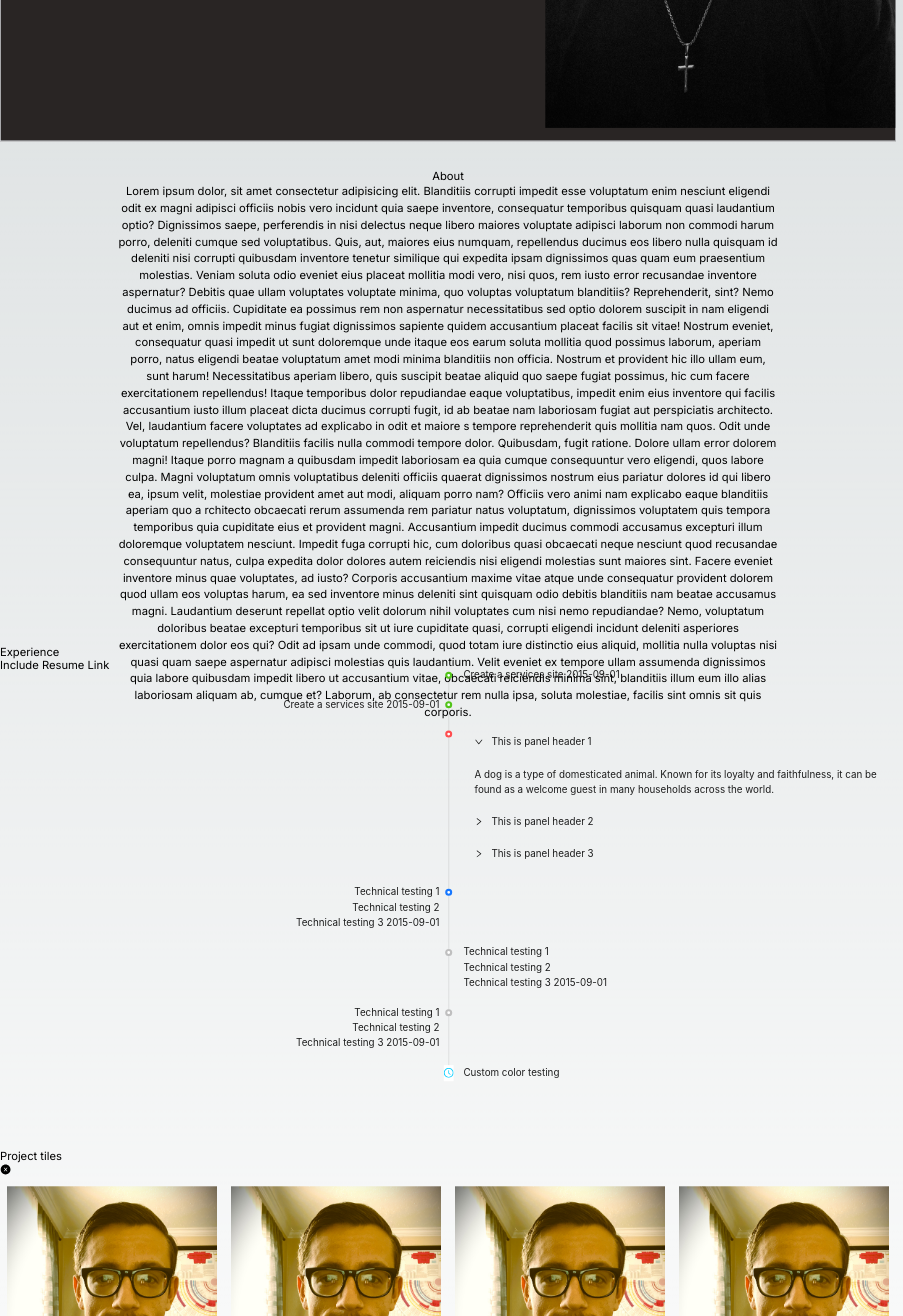
Repository: devkthines/next-portfolio-v2
Page: /
An editor plug-in stored every save of this project. The page is shown before and after the next save, followed by the edit.
The browser window is 1280 px wide. The page is 1290 px wide, so the pictures cover 1290 px, including what lies to the right of the window. The pictures show the part of the page from y = 574 to 2454 px (the page is 2936 px tall), at 70% of full size.
The project was rebuilt for these pictures with package versions that can differ from the ones it lists, and the page was loaded fresh each time. The framework's server and built-in components were replaced by stand-ins that run in the browser. Also part of the build but not shown: next.config.js.

Above is the page before, as saved 2023-09-14 21:43:12.

After the next save:
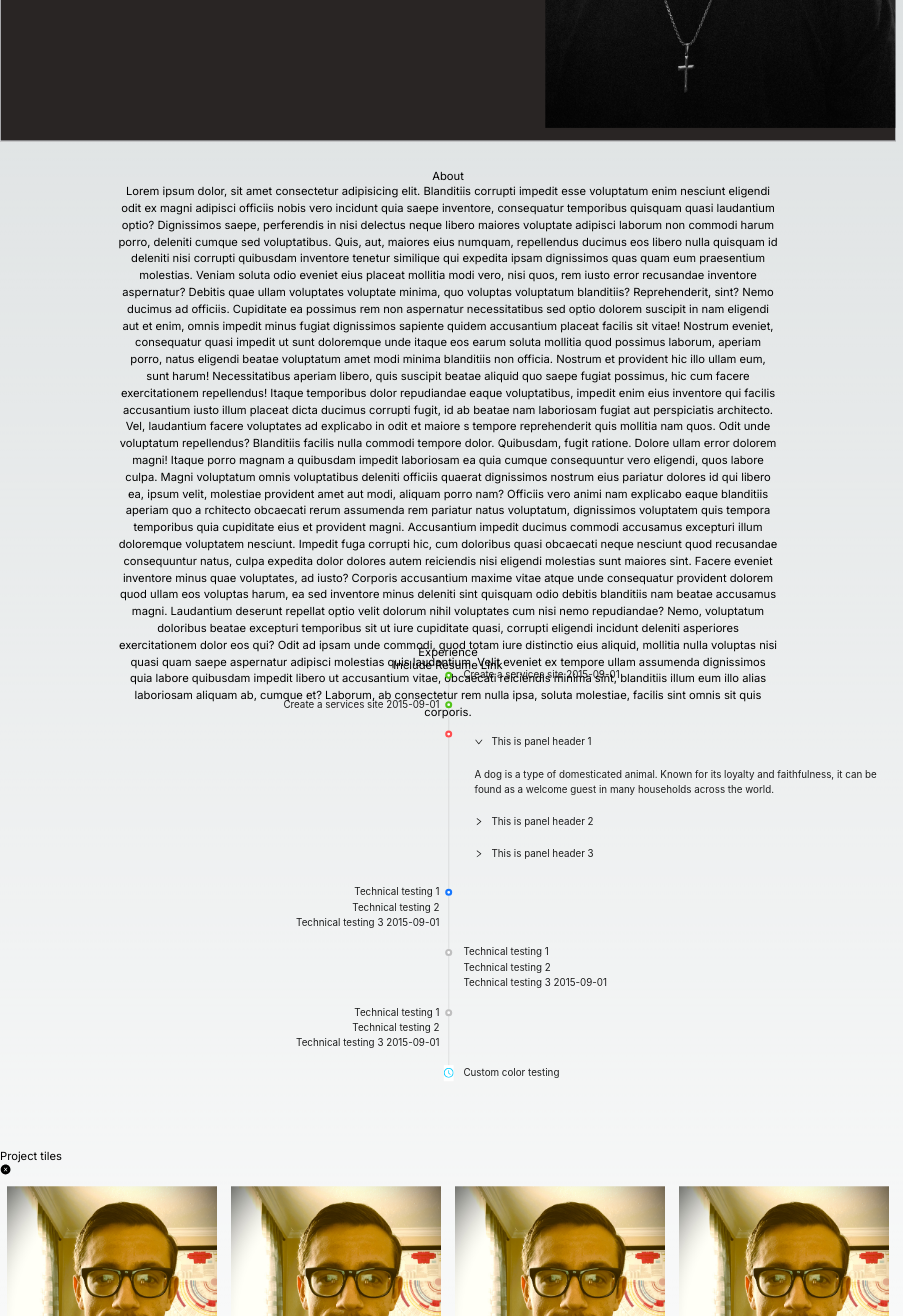
Saved 49 s later.
--- a/src/app/page.tsx
+++ b/src/app/page.tsx
@@ -119,7 +119,7 @@ export default function Home() {
               impedit libero ut accusantium vitae, obcaecati reiciendis minima sint, blanditiis illum eum illo alias
               laboriosam aliquam ab, cumque et? Laborum, ab consectetur rem nulla ipsa, soluta molestiae, facilis sint
               omnis sit quis corporis.</p></div></div>
-        <div className="infoSection">
+        <div className="infoSection text-center">
           <h1>Experience</h1> <h2>Include Resume Link</h2>
           <div className='experience'>
             {/* <h1>Timeline Here</h1> */}
